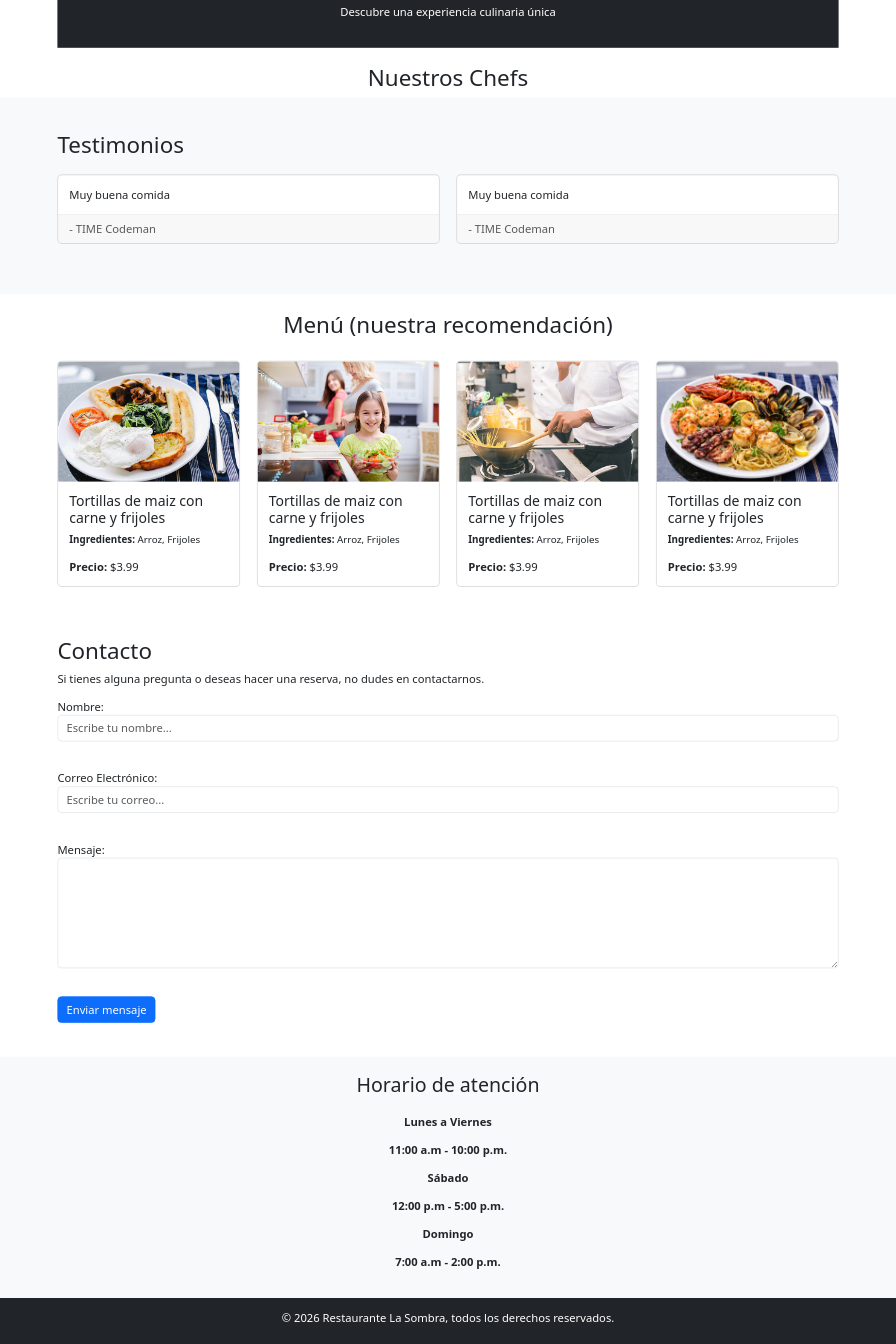
Repository: salextros/Restaurant-Project-PHP-MySQL
Page: http://localhost/TRABAJO_FINAL/restaurant/index.php
An editor plug-in stored every save of this project. The page is shown before and after the next save, followed by the edit.
The browser window is 1280 px wide. The pictures show the part of the page from y = 845 to 2765 px (the page is 2772 px tall before and 2649 px after), at 70% of full size.
The page is run by PHP 8.4 with error messages shown; the project is at /var/www/html/. Queries for data that is not in the repository find no rows.

Above is the page before, as saved 2026-01-31 14:12:53.

### restaurant/index.php
<?php
include("admin/bd.php");

$sentencia = $conexion->prepare("SELECT * FROM tbl_banners ORDER BY id DESC limit 1 ");
$sentencia->execute();
$lista_banners = $sentencia->fetchAll(PDO::FETCH_ASSOC);

$sentencia = $conexion->prepare("SELECT * FROM tbl_colaboradores ORDER BY id DESC limit 3 ");
$sentencia->execute();
$lista_colaboradores = $sentencia->fetchAll(PDO::FETCH_ASSOC);

$sentencia = $conexion->prepare("SELECT * FROM tbl_testimonios ORDER BY id DESC limit 3 ");
$sentencia->execute();
$tbl_testimonios = $sentencia->fetchAll(PDO::FETCH_ASSOC);




?>

<!doctype html>
<html lang="en">

<head>
    <title>Title</title>
    <!-- Required meta tags -->
    <meta charset="utf-8" />
    <meta
        name="viewport"
        content="width=device-width, initial-scale=1, shrink-to-fit=no" />

    <!-- Bootstrap CSS v5.2.1 -->
    <link
        href="https://cdn.jsdelivr.net/npm/bootstrap@5.3.2/dist/css/bootstrap.min.css" rel="stylesheet"
        integrity="sha384-T3c6CoIi6uLrA9TneNEoa7RxnatzjcDSCmG1MXxSR1GAsXEV/Dwwykc2MPK8M2HN" crossorigin="anonymous" />

    <link
        rel="stylesheet"
        href="https://cdnjs.cloudflare.com/ajax/libs/font-awesome/6.4.2/css/all.min.css"
        crossorigin="anonymous"
        referrerpolicy="no-referrer" />
</head>

<body>

  <!-- SECCION DE MENÚ NAVEGACIÓN -->

    <nav id="inicio" class="navbar navbar-expand-lg navbar-dark bg-dark">
        <div class="container">
        <a class="navbar-brand" href="#"> <i class="fas fa-utensils"></i> Restaurante La Sombra </a>

        <button class="navbar-toggler" type="button" data-bs-toggle="collapse" data-bs-target="#navbarNav" aria-controls="navbarNav" aria-expanded="false" aria-label="Toggle navigation">
                <span class="navbar-toggler-icon"></span>
            </button>

            <div class="collapse navbar-collapse" id="navbarNav">
                <ul class="nav navbar-nav ml-auto">

                    <li class="nav-item">
                        <a class="nav-link" href="#inicio">Inicio</a>
                    </li>

                    </li>
                    <li class="nav-item">
                        <a class="nav-link" href="#menu">Menú del dia</a>
                    </li>

                    </li>
                    <li class="nav-item">
                        <a class="nav-link" href="#chefs">Chefs</a>
                    </li>

                    </li>
                    <li class="nav-item">
                        <a class="nav-link" href="#testimonio">Testimonio</a>
                    </li>

                    </li>
                    <li class="nav-item">
                        <a class="nav-link" href="#contacto">Contacto</a>
                    </li>

                    <li class="nav-item">
                        <a class="nav-link" href="#horario">Horarios</a>
                    </li>
                </ul>
            </div>
        </div>
        </nav>

  <!-- SECCION DEL BANNER -->

    <section  class="container-fluid p-0">
        <div class="banner-img" style="position:relative; background:url('images/slider-image1.jpg') center/cover no-repeat; height: 700px;">

            <div class="banner-text" style="position: absolute; top:50%; left:50%; transform: translate(-50%, -50%); color:#fff; text-align:center;">

            <?php foreach($lista_banners as $banner) {
            ?>

                <h1><?php echo $banner["titulo"];?></h1>
                <p><?php echo $banner["descripcion"];?></p>
                <a href="<?php echo $banner["link"];?>" class="btn btn-primary">Ver Menú</a>
            <?php } ?>

            </div>
        </div>
    </section>

    <section id="id" class="container mt-4 text-center">

        <div class="jumbotron bg-dark text-white">

            <br />
            <h2>¡Bievenid@ al Restaurante La Sombra!</h2>
            <p>Descubre una experiencia culinaria única</p>
            <br />
        </div>
    </section>

    <!-- SECCION DE CHEFST -->

    <section id="chefs" class="container mt-4 text-center">
        <h2>Nuestros Chefs</h2>
        <div class="row">


        <!-- ==================================================================================================================================== -->
            <?php foreach($lista_colaboradores as $colaborador) { ?>

            <div class="col-md-4"><!-- INICIO_1 -->
                <div class="card">
                    <img src="images/colaboradores/<?php echo $colaborador["foto"];?>"
                        class="card-img-top"
                        alt="Chef 1" />

                    <div class="card-body">
                        <h5 class="card-title"><?php echo $colaborador["titulo"];?></h5>
                        <p class="card-text"><?php echo $colaborador["descripcion"];?></p>
                        <div class="social-icons mt-3">
                            <a href="<?php echo $colaborador["linkfacebook"];?>" class="text-dark m-2"><i class="fab fa-facebook"></i></a>
                            <a href="<?php echo $colaborador["linkinstagram"];?>" class="text-dark m-2"><i class="fab fa-instagram"></i></a>
                            <a href="<?php echo $colaborador["linklinkedin"];?>" class="text-dark m-2"><i class="fab fa-linkedin"></i></a>
                        </div>
                    </div>
                </div>
            </div><!-- FINAL_1 -->

            <?php } ?>
        <!-- ==================================================================================================================================== -->
        </div>
    </section>

    <!-- SECCION DE TESTIMONIO -->

    <section id="testimonio" class="bg-light py-5">
        <div class="container">
            <h2 class="tex-center mb-4">Testimonios </h2>

            <div class="row">
                <div class="col-md-6 d-flex">
                    <div class="card mb-4 w-100">
                        <div class="card-body">
                            <p class="card-text">Muy buena comida</p>
                        </div>
                        <div class="card-footer text-muted">
                            - TIME Codeman
                        </div>
                    </div>
                </div>

                <div class="col-md-6 d-flex">
                    <div class="card mb-4 w-100">
                        <div class="card-body">
                            <p class="card-text">Muy buena comida</p>
                        </div>
                        <div class="card-footer text-muted">
                            - TIME Codeman
                        </div>
                    </div>
                </div>
            </div>
        </div>
    </section>

    <!-- SECCION DEL MENU COMIDA -->

    <section id="menu" class="container mt-4">
        <h2 class="text-center">Menú (nuestra recomendación) </h2>
        <br />
        <div class="row row-cols-1 row-cols-md-4 g-4">
            <div class="col d-flex">
                <div class="card">
                    <img src="images/menu/menu-image1.jpg" alt="Tortillas de maiz con carne y frijoles negros" class="card-img-top">
                    <div class="card-body">
                        <h5 class="card-title"> Tortillas de maiz con carne y frijoles </h5>
                        <p class="card-text small"><strong>Ingredientes: </strong> Arroz, Frijoles</p>
                        <p class="card-text"><strong> Precio: </strong> $3.99 </p>
                    </div>
                </div>
            </div>

            <div class="col d-flex">
                <div class="card">
                    <img src="images/menu/menu-image2.jpg" alt="Tortillas de maiz con carne y frijoles negros" class="card-img-top">
                    <div class="card-body">
                        <h5 class="card-title"> Tortillas de maiz con carne y frijoles </h5>
                        <p class="card-text small"><strong>Ingredientes: </strong> Arroz, Frijoles</p>
                        <p class="card-text"><strong> Precio: </strong> $3.99 </p>
                    </div>
                </div>
            </div>

            <div class="col d-flex">
                <div class="card">
                    <img src="images/menu/menu-image3.jpg" alt="Tortillas de maiz con carne y frijoles negros" class="card-img-top">
                    <div class="card-body">
                        <h5 class="card-title"> Tortillas de maiz con carne y frijoles </h5>
                        <p class="card-text small"><strong>Ingredientes: </strong> Arroz, Frijoles</p>
                        <p class="card-text"><strong> Precio: </strong> $3.99 </p>
                    </div>
                </div>
            </div>

            <div class="col d-flex">
                <div class="card">
                    <img src="images/menu/menu-image4.jpg" alt="Tortillas de maiz con carne y frijoles negros" class="card-img-top">
                    <div class="card-body">
                        <h5 class="card-title"> Tortillas de maiz con carne y frijoles </h5>
                        <p class="card-text small"><strong>Ingredientes: </strong> Arroz, Frijoles</p>
                        <p class="card-text"><strong> Precio: </strong> $3.99 </p>
                    </div>
                </div>
            </div>
        </div>
    </section>
    <br />
    <br />

    <!-- SECCION DE CONTACTO -->

    <section id="contacto" class="container mt-4">

    <h2>Contacto</h2>
    <p>Si tienes alguna pregunta o deseas hacer una reserva, no dudes en contactarnos.</p>

    <form action="?" method="post">

    <div class="mb-3">
        <label for="name">Nombre:</label><br>
        <input type="text" class="form-control" name="nombre" placeholder="Escribe tu nombre..." required><br />
    </div>

    <div class="mb-3">
      <label for="email">Correo Electrónico:</label><br />
      <input type="email" class="form-control" name="correo" placeholder="Escribe tu correo..." required><br />
    </div>

    <div class="mb-3">
      <label for="message">Mensaje:</label><br />
      <textarea id="message" class="form-control"  name="mensaje" rows="6"  cols="50"></textarea><br />
    </div>
      <input type="submit" class="btn btn-primary" value="Enviar mensaje">

    </form>

    </section>
    <br /><br />

    <!-- SECCION DE HORARIO -->
    <div id="horario" class="text-center bg-light p-4">
        <h3 class="mb-4">Horario de atención</h3>

        <div>
            <p> <strong> Lunes a Viernes</strong> </p>
            <p> <strong> 11:00 a.m - 10:00 p.m. </strong></p>
        </div>

           <div>
            <p> <strong> Sábado</strong> </p>
            <p> <strong> 12:00 p.m - 5:00 p.m. </strong></p>
        </div>

        <div>
            <p> <strong>Domingo</strong> </p>
            <p> <strong> 7:00 a.m - 2:00 p.m. </strong></p>
        </div>

    </div>







    <footer class="bg-dark text-white text-center py-3">
        <!-- place footer here -->

        <p> &copy; 2026 Restaurante La Sombra, todos los derechos reservados.</p>

    </footer>
    <!-- Bootstrap JavaScript Libraries -->
    <script
        src="https://cdn.jsdelivr.net/npm/@popperjs/core@2.11.8/dist/umd/popper.min.js"
        integrity="sha384-I7E8VVD/ismYTF4hNIPjVp/Zjvgyol6VFvRkX/vR+Vc4jQkC+hVqc2pM8ODewa9r"
        crossorigin="anonymous"></script>

    <script
        src="https://cdn.jsdelivr.net/npm/bootstrap@5.3.2/dist/js/bootstrap.min.js"
        integrity="sha384-BBtl+eGJRgqQAUMxJ7pMwbEyER4l1g+O15P+16Ep7Q9Q+zqX6gSbd85u4mG4QzX+"
        crossorigin="anonymous"></script>
</body>

</html>

### restaurant/admin/bd.php
<?php

$servidor="localhost";
$baseDatos="restaurante";
$usuario="root";
$contraseña="";

try{

    $conexion=new PDO("mysql:host=$servidor;dbname=$baseDatos",$usuario,$contraseña);


}catch(Exception $error){
    echo $error ->getMessage();
}

?>

After the next save:
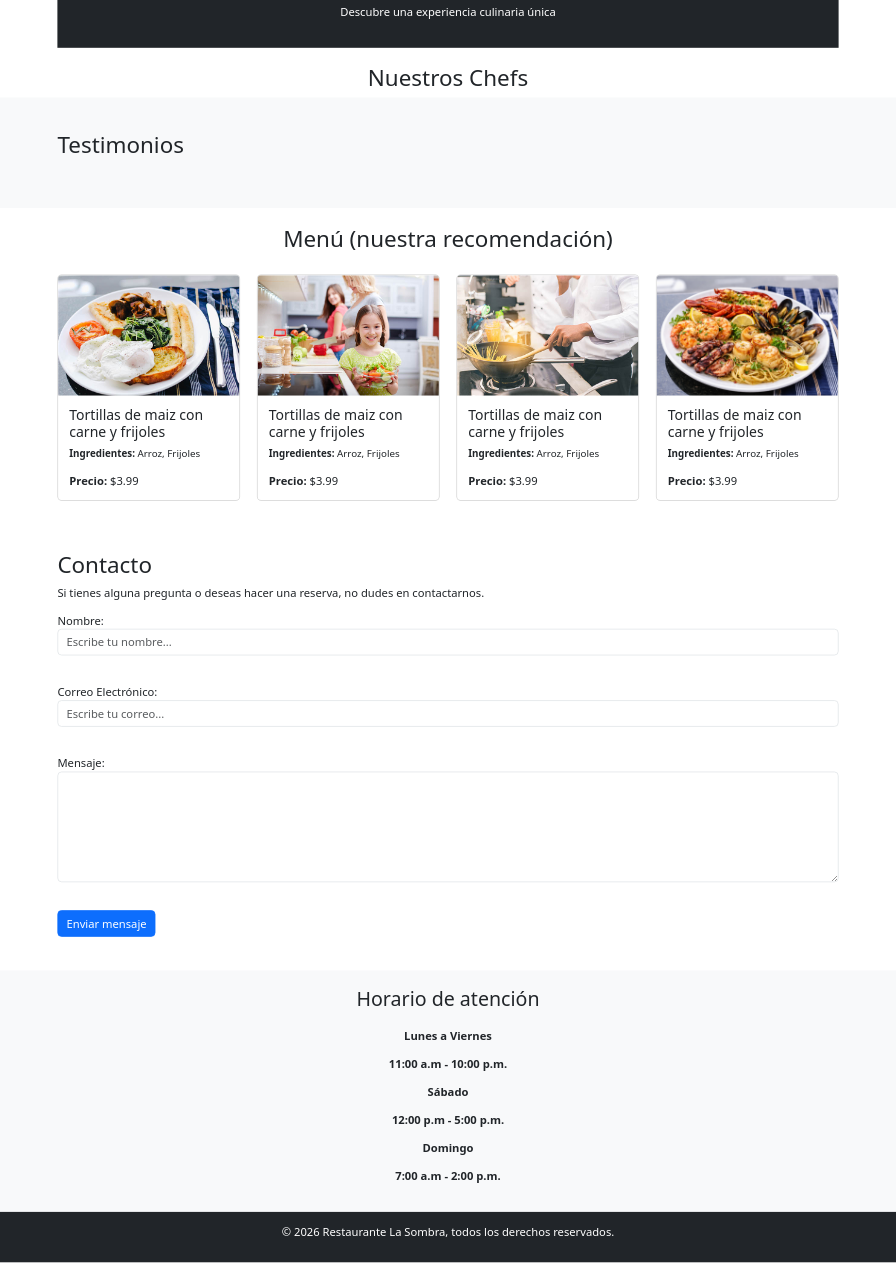
Saved 4 min 56 s later.
--- a/restaurant/index.php
+++ b/restaurant/index.php
@@ -12,9 +12,6 @@ $lista_colaboradores = $sentencia->fetchAll(PDO::FETCH_ASSOC);
 $sentencia = $conexion->prepare("SELECT * FROM tbl_testimonios ORDER BY id DESC limit 3 ");
 $sentencia->execute();
 $tbl_testimonios = $sentencia->fetchAll(PDO::FETCH_ASSOC);
-
-
-
 
 ?>
 
@@ -158,27 +155,22 @@ $tbl_testimonios = $sentencia->fetchAll(PDO::FETCH_ASSOC);
             <h2 class="tex-center mb-4">Testimonios </h2>
 
             <div class="row">
+
+                <?php foreach($tbl_testimonios as $testimonio) { ?>
+
                 <div class="col-md-6 d-flex">
                     <div class="card mb-4 w-100">
                         <div class="card-body">
-                            <p class="card-text">Muy buena comida</p>
+                            <p class="card-text"> <?php echo $testimonio["opinion"];?> </p>
                         </div>
                         <div class="card-footer text-muted">
-                            - TIME Codeman
+                            <?php echo $testimonio["opinion"];?>
                         </div>
                     </div>
                 </div>
 
-                <div class="col-md-6 d-flex">
-                    <div class="card mb-4 w-100">
-                        <div class="card-body">
-                            <p class="card-text">Muy buena comida</p>
-                        </div>
-                        <div class="card-footer text-muted">
-                            - TIME Codeman
-                        </div>
-                    </div>
-                </div>
+                <?php } ?>
+
             </div>
         </div>
     </section>
